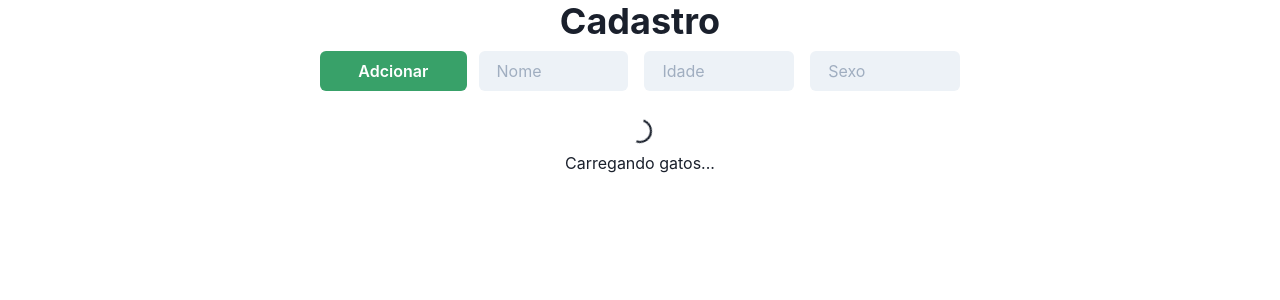
Repository: thislucasme/front-end-cats-react.js
Page: /cadastro
The author's editor kept a copy of each file at every save. The page is drawn from the files as they stood at one save, then again after the next save.
The browser window is 1280 px wide. The pictures show the whole page.
The page's requests for data from a server got no answer. The project was rebuilt for these pictures with package versions that can differ from the ones it lists, and the page was loaded fresh each time. No one was signed in, and anything a server would have sent is missing.

Above is the page before, as saved 2021-10-27 15:36:32.

### src/index.tsx
import { ColorModeScript } from "@chakra-ui/react"
import * as React from "react"
import ReactDOM from "react-dom"
import { App } from "./App"
import reportWebVitals from "./reportWebVitals"
import * as serviceWorker from "./serviceWorker"
import { ChakraProvider, theme } from '@chakra-ui/react'

ReactDOM.render(
  <React.StrictMode>
    <ColorModeScript />
    <ChakraProvider theme={theme}>
      <App />
    </ChakraProvider>
  </React.StrictMode>,
  document.getElementById("root"),
)

// If you want your app to work offline and load faster, you can change
// unregister() to register() below. Note this comes with some pitfalls.
// Learn more about service workers: https://cra.link/PWA
serviceWorker.unregister()

// If you want to start measuring performance in your app, pass a function
// to log results (for example: reportWebVitals(console.log))
// or send to an analytics endpoint. Learn more: https://bit.ly/CRA-vitals
reportWebVitals()

### src/App.tsx
import React from "react";
import { Cadastro } from "./pages/cadastro.gatos";
import { Principal } from "./pages/principal";

export const App: React.FC = () => {
  return (
    <Cadastro />
  );
}

### src/pages/cadastro.gatos.tsx
import { Button, Flex, Input, Container, Heading, VStack, Center } from "@chakra-ui/react";
import axios from "axios";
import React, { useState } from "react";
import { Lista } from "../components/lista.gatos";
import useSWR from "swr";
export const Cadastro = () => {
	const [nome, setNome] = useState("");
	const [idade, setIdade] = useState("");
	const [sexo, setSexo] = useState("");


	const apiRequest = (url: string) => axios.get(url).then(response => response.data);

	//get all data
	const { data, error, mutate } = useSWR('http://localhost:3000/cats', apiRequest);

	const salvar = () => {

		const dadosTemp = {
			nome: nome,
			idade: Number(idade),
			sexo: sexo
		}

		axios.post('http://localhost:3000/cats/cat', dadosTemp)
			.then(result => {
				console.log("salvo");
				mutate();

			}).catch(error => {
				console.log("erro ao salvar")
			});
	}
	function onDeleteGato(id: number) {
		axios.delete('http://localhost:3000/cats/' + id)
			.then(response => {
				mutate();
			})
	}

	return (
		<Center>
			<VStack w="50%">
				<Heading>Cadastro</Heading>
				<Flex w="full" mt={5}>
					<Button mr={3} w="full" colorScheme="green" onClick={() => { salvar() }}>Adcionar</Button>
					<Input valule={nome} onChange={(e) => { setNome(e.target.value) }} variant="filled" placeholder="Nome" />
					<Input valule={idade} onChange={(e) => { setIdade(e.target.value) }} ml={4} variant="filled" placeholder="Idade" />
					<Input valule={sexo} onChange={(e) => { setSexo(e.target.value) }} ml={4} variant="filled" placeholder="Sexo" />
				</Flex>

				<Lista gatos={data} onDelete={onDeleteGato} error={error} />
			</VStack>
		</Center>
	);
}

### src/components/lista.gatos.tsx
import React from "react";
import { Button, Table, Tbody, Td, Th, Thead, Tr, Image, Spinner, VStack, Text, AlertIcon, Alert } from "@chakra-ui/react";
import { Cat } from "../cat.interface";


type Props = {
	gatos: Array<any>,
	error: any,
	onDelete: (id: number) => void
}

export const Lista = (props: Props) => {


	if (!props.gatos) return (
		<VStack>
			<Spinner mt={5} />
			<Text>Carregando gatos...</Text>
		</VStack>
	);

	if (props.error) {
		return (
			<Alert status="error">
				<AlertIcon />
				Ocorreu um erro
			</Alert>
		);
	}

	return (
		<Table mt={5} variant="simple">
			<Thead>
				<Tr>
					<Th>ID</Th>
					<Th>Nome</Th>
					<Th>Idade</Th>
					<Th>Sexo</Th>
					<Th>Ação</Th>
				</Tr>
			</Thead>
			<Tbody>
				{
					props.gatos?.map((res: Cat) => (
						<Tr key={res.idGato} color={"gray"} fontSize={"md"}>
							<Td>{res.idGato}</Td>
							<Td>{res.nome}</Td>
							<Td>{res.idade}</Td>
							<Td>{res.sexo}</Td>
							<Td><Button ml={4} variant={"ghost"} onClick={() => { props.onDelete(res.idGato) }}><Image src="https://i.ibb.co/89zmrZs/delete.png" /></Button></Td>
						</Tr>
					)).reverse()
				}

			</Tbody>

		</Table>
	);
}

Loaded but not shown: public/index.html (common file); src/reportWebVitals.ts (common file); src/serviceWorker.ts (common file)

After the next save:
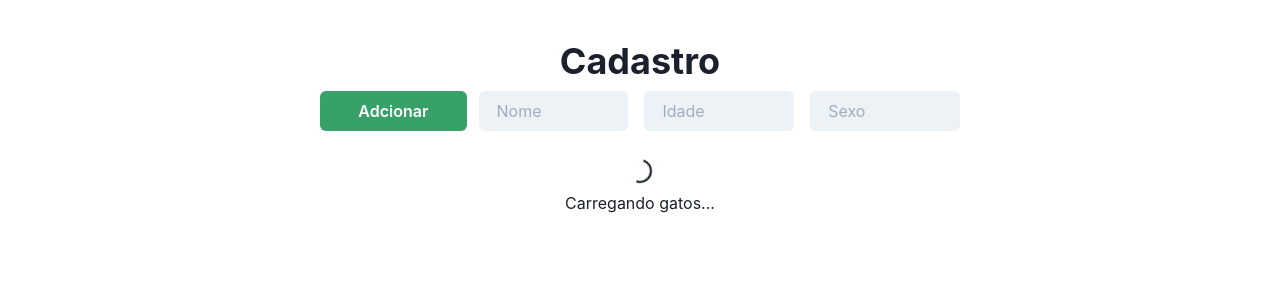
Saved 15 s later.
--- a/src/pages/cadastro.gatos.tsx
+++ b/src/pages/cadastro.gatos.tsx
@@ -41,7 +41,7 @@ export const Cadastro = () => {
 	return (
 		<Center>
 			<VStack w="50%">
-				<Heading>Cadastro</Heading>
+				<Heading mt={10}>Cadastro</Heading>
 				<Flex w="full" mt={5}>
 					<Button mr={3} w="full" colorScheme="green" onClick={() => { salvar() }}>Adcionar</Button>
 					<Input valule={nome} onChange={(e) => { setNome(e.target.value) }} variant="filled" placeholder="Nome" />
